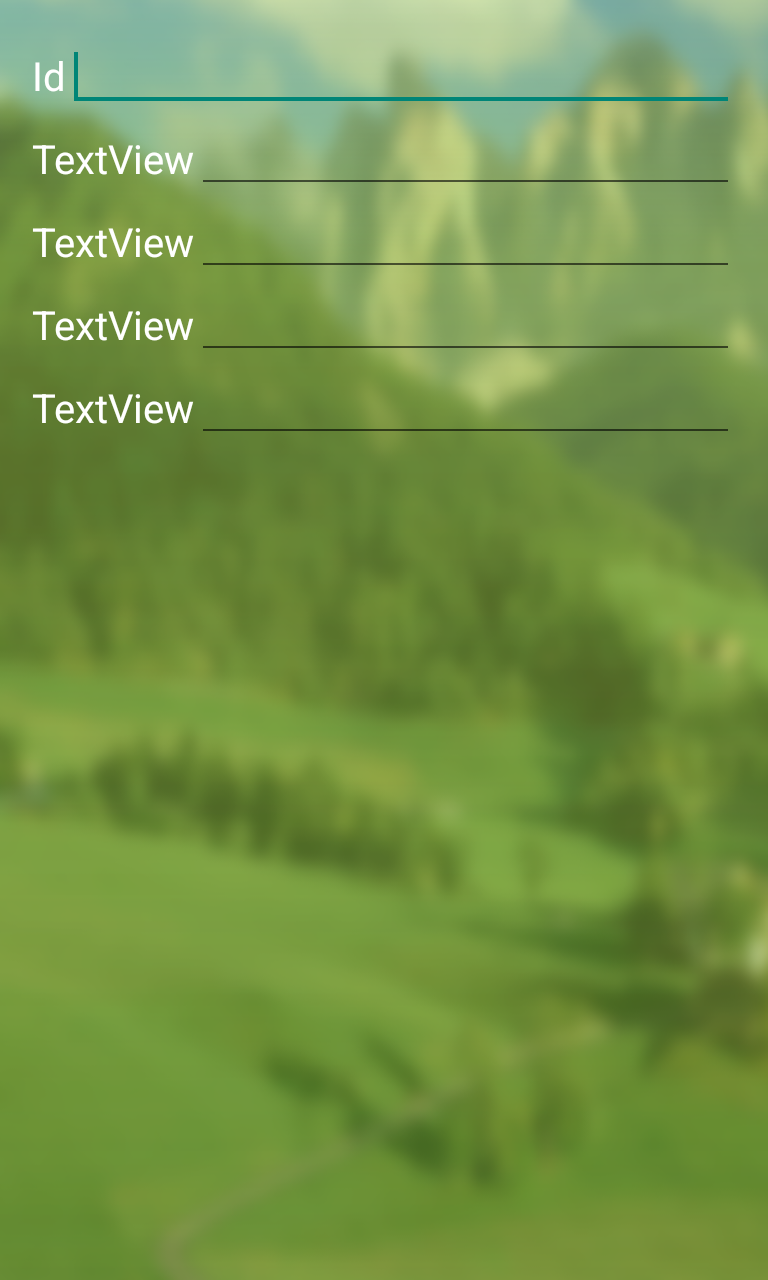
Repository: AntonioloNeviani/ProyectoDeInvestigacion_Android
Layout: FiliiStude/res/layout/activity_nuevo_usuario.xml
The author's editor kept a copy of each file at every save. The layout is drawn from the files as they stood at one save, then again after the next save.
It is drawn on a 768 x 1280 px phone screen (xhdpi) without system bars, with theme AppTheme; the app's code is not run.

Above is the layout before, as saved 2015-05-26 08:16:05.

After the next save:
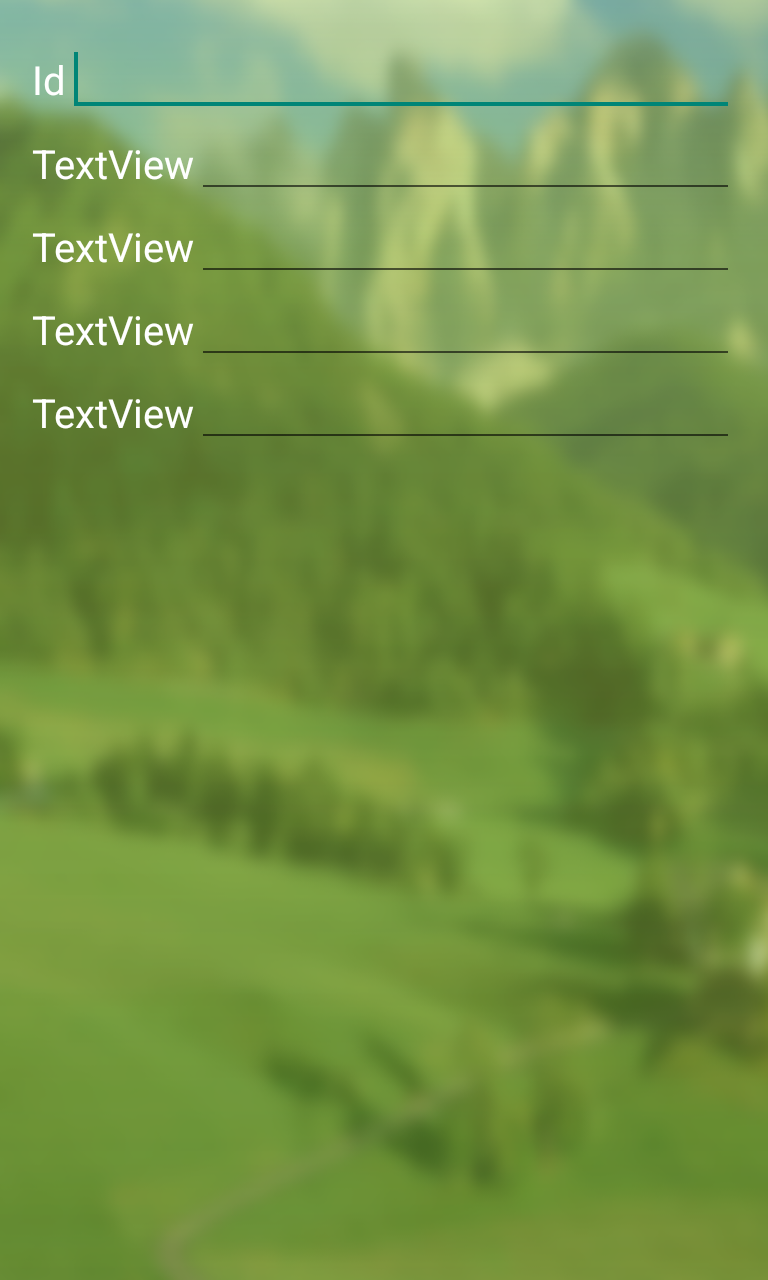
Saved 31 s later.
--- a/FiliiStude/res/layout/activity_nuevo_usuario.xml
+++ b/FiliiStude/res/layout/activity_nuevo_usuario.xml
@@ -33,7 +33,9 @@
                 android:layout_width="wrap_content"
                 android:layout_height="wrap_content"
                 android:layout_weight="1"
-                android:inputType="numberPassword" >
+                android:inputType="numberPassword"
+                android:textColor="#FFFFFF"
+                android:textSize="20sp" >
 
                 <requestFocus />
             </EditText>
